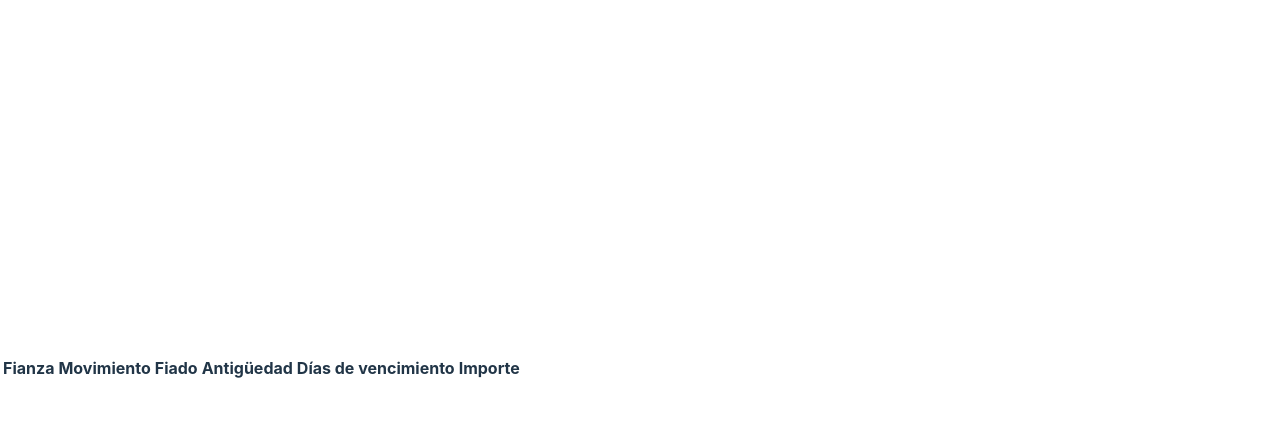
Repository: PCGP22/prueba-t-cnica-liberty-finanzas
Page: / (app in Prueba técnica full-stack/client/)
The author's editor kept a copy of each file at every save. The page is drawn from the files as they stood at one save, then again after the next save.
The browser window is 1280 px wide. The pictures show the whole page.
The page's requests for data from a server got no answer. The project was rebuilt for these pictures with package versions that can differ from the ones it lists, and the page was loaded fresh each time. No one was signed in, and anything a server would have sent is missing. Also part of the build but not shown: Prueba técnica full-stack/client/vite.config.js, Prueba técnica full-stack/client/src/containers/tableContainer.jsx.

Above is the page before, as saved 2023-11-14 05:46:18.

### Prueba técnica full-stack/client/src/App.jsx
import useFetch from "./hooks/useFetch";
import useData from "./hooks/useData";
import { dataContext } from "./context/dataContext";
import Table from "./components/Table";
import { useEffect, useReducer, useState } from "react";
import usePagination from "./hooks/usePagination";
import TableContainer from "./containers/tableContainer";
import Pagination from "./components/pagination";

function App() {
  let url = "http://localhost:5000/primas";
  const initialState = {
    data: {},
    dataToShow: {},
    currentPage: 1,
    maxPages: 1,
    contentPerPage: 8,
  };
  function reducer(state, action) {
    function divideData(data, state) {
      let dividedData = data.slice(
        (state.currentPage - 1) * state.contentPerPage,
        state.currentPage * state.contentPerPage
      );
      return dividedData;
    }
    function calculateMaxPages(data, state) {
      let maxPages = Math.ceil(data / state.contentPerPage);
      return maxPages;
    }
    const { type, payload } = action;
    console.log(payload);
    switch (type) {
      case "initialize":
        return {
          ...state,
          data: payload,
          dataToShow: divideData(payload, state),
          maxPages: calculateMaxPages(payload, state),
        };
      case "prevPage":
        if (state.currentPage > 1) {
          return { ...state, currentPage: state.currentPage - 1 };
        } else return state;
      case "nextPage":
        if (state.currentPage < state.maxPages) {
          return { ...state, currentPage: state.currentPage + 1 };
        } else return state;
      case "change back":
        return { ...state, content: "Not Changed" };
      default:
        return state;
    }
  }
  const [state, dispatch] = useReducer(reducer, initialState);
  useEffect(() => {
    fetch(url)
      .then((res) => res.json())
      .then((data) => dispatch({ type: "initialize", payload: data.primas }));
  }, [url]);

  return (
    <dataContext.Provider value={[state, dispatch]}>
      <p>{state.content}</p>
      <Table />
      {/* <Pagination /> */}
    </dataContext.Provider>
  );
}

export default App;

### Prueba técnica full-stack/client/src/hooks/useFetch.jsx
import { useState, useEffect } from "react";

const useFetch = (url) => {
  const [fetchedData, setFetchedData] = useState({});

  useEffect(() => {
    fetch(url)
      .then((res) => res.json())
      .then((data) => setFetchedData(data));
  }, [url]);

  return [fetchedData];
};

export default useFetch;

### Prueba técnica full-stack/client/src/hooks/useData.jsx
import { useState } from "react";

const useData = () => {
  const [data, setData] = useState({});

  function filterData(filterCondition) {
    setData(data.filter(filterCondition));
  }

  return [data, setData, filterData];
};

export default useData;

### Prueba técnica full-stack/client/src/context/dataContext.js
import { createContext } from "react";

export const dataContext = createContext();

### Prueba técnica full-stack/client/src/components/Table.jsx
import { calculateAntiquityInDays } from "../utils/utils";
import { useContext } from "react";
import { dataContext } from "../context/dataContext";

function Table() {
  const [state, dispatch] = useContext(dataContext);

  return (
    <table>
      <tbody>
        <tr>
          <th>Fianza</th>
          <th>Movimiento</th>
          <th>Fiado</th>
          <th>Antigüedad</th>
          <th>Días de vencimiento</th>
          <th>Importe</th>
        </tr>
        {state.dataToShow.length > 0 &&
          state.dataToShow.map((t) => {
            let antiquity = calculateAntiquityInDays(
              t.datos["fecha de emisión"]
            );
            let daysSinceStale = calculateAntiquityInDays(
              t.datos["fecha de vencimiento"]
            );
            if (daysSinceStale < 0) daysSinceStale = 0;
            return (
              <tr key={t.datos.código_de_fianza}>
                <td>{t.datos.código_de_fianza}</td>
                <td>{t.datos.tipo_de_movimiento}</td>
                <td>{t.datos.fiado}</td>
                <td>{antiquity}</td>
                <td>{daysSinceStale}</td>
                <td>${t.datos.importe.toLocaleString()}</td>
              </tr>
            );
          })}
      </tbody>
    </table>
  );
}

export default Table;

### Prueba técnica full-stack/client/src/hooks/usePagination.jsx
import { useState, useEffect } from "react";

const usePagination = () => {
  const quantityPerPage = 8;

  const [currentPage, setCurrentPage] = useState(1);
  const [initialData, setInitialData] = useState(null);
  const [currentData, setCurrentData] = useState({});
  const [maxPages, setMaxPages] = useState(1);

  function setData(data) {
    // setInitialData(data);
    // Divides the data, in groups of "quantityPerPage"
    let dividedData = data.slice(
      (currentPage - 1) * quantityPerPage,
      currentPage * quantityPerPage
    );
    setCurrentData(dividedData);
    setMaxPages(Math.ceil(data.length / quantityPerPage));
  }

  function setNextPage() {
    if (currentPage < maxPages) {
      setCurrentPage(currentPage + 1);
    }
  }
  function setPrevPage() {
    if (currentPage > 1) {
      setCurrentPage(currentPage - 1);
    }
  }

  return {
    maxPages,
    currentPage,
    setCurrentPage,
    setData,
    currentData,
    setNextPage,
    setPrevPage,
  };
};

export default usePagination;

### Prueba técnica full-stack/client/src/utils/utils.js
export function calculateAntiquityInDays(date) {
  let parsedDate = parseDate(date);
  const CONSTANT_Ms_TO_DAYS = 86400000;
  let today = new Date();
  let comparisonDate = new Date(parsedDate);
  return Math.trunc((today - comparisonDate) / CONSTANT_Ms_TO_DAYS) - 1;
}

//transforms the date DD/MM/YYYY to an acceptable MM/DD/YYYY
function parseDate(date) {
  let stringToArray = date.split("/");
  let temp = stringToArray[0];
  stringToArray[0] = stringToArray[1];
  stringToArray[1] = temp;
  return stringToArray.join("/");
}

### Prueba técnica full-stack/client/src/components/pagination.jsx
import { useContext } from "react";
import { dataContext } from "../context/dataContext";

function Pagination() {
  const [state, dispatch] = useContext(dataContext);

  //   return <button onClick={() => dispatch({ type: "change" })}>Cambiar</button>;
  //   const { state.maxPages, state.currentPage, setstate.CurrentPage, setNextPage, setPrevPage } =
  // useContext(dataContext);
  //This pagination is somewhat complex because I've used it before in bigger proyects.
  //First, it initializes the pagination buttons to the first 6 numbers except for the number 1
  //The reason it doesn't includes the first page is because the first and last page buttons are always shown
  let pagesButtons = [2, 3, 4, 5, 6];
  //while the current page stays on the first three pages, show all first 6
  //The reason for the if, it's that I want the first 6 buttons to be shown when returning from the latest pages
  if (
    state.currentPage === 1 ||
    state.currentPage === 2 ||
    state.currentPage === 3
  ) {
    pagesButtons = [2, 3, 4, 5, 6];
  }
  //As soon as we change to page 4 or more, let's follow the current page and
  //add two buttons to the left and two to the right
  if (state.currentPage >= 4) {
    pagesButtons = [
      state.currentPage - 2,
      state.currentPage - 1,
      state.currentPage,
      state.currentPage + 1,
      state.currentPage + 2,
    ];
  }
  //When approaching to the right end of the pagination, show the last 5 pages
  if (
    state.currentPage === state.maxPages - 1 ||
    state.currentPage === state.maxPages - 2 ||
    state.currentPage === state.maxPages
  ) {
    //The reason it doesn't includes the last page is because the first and last page buttons are always shown
    pagesButtons = [
      state.maxPages - 5,
      state.maxPages - 4,
      state.maxPages - 3,
      state.maxPages - 2,
      state.maxPages - 1,
    ];
  }
  return (
    <section className="pagination">
      <button
        //About the class: When in first or last page the navigation chevrons will have a special class
        //The same happens when the button is the current page
        className={`${state.currentPage === 1 && "disabled"}`}
        onClick={() => dispatch({ type: "prevPage" })}>
        ❮
      </button>
      {/* First button, always shown */}
      <button
        className={`${state.currentPage === 1 && "disabled"}`}
        onClick={() => dispatch({ type: "setPage", payload: 1 })}>
        1
      </button>
      {/* Adds three dots in case the current page is bigger than 4*/}
      {state.currentPage > 4 && <p>•••</p>}
      {/* Map through all pages defined in the first part*/}
      {pagesButtons.map((p) => {
        if (p > 1 && p < state.maxPages)
          return (
            <button
              className={`${state.currentPage === p && "disabled"}`}
              key={p}
              onClick={() => dispatch({ type: "setPage", payload: p })}>
              {p}
            </button>
          );
      })}
      {/* Adds three dots in case the current page is getting closer to the right end*/}
      {state.currentPage < state.maxPages - 3 && <p>•••</p>}
      {/* If there's more than 1 page, show always the last page*/}
      {state.maxPages > 1 && (
        <button
          className={`${state.currentPage === state.maxPages && "disabled"}`}
          onClick={() =>
            dispatch({ type: "setPage", payload: state.maxPages })
          }>
          {state.maxPages}
        </button>
      )}
      <button
        className={`${state.currentPage === state.maxPages && "disabled"}`}
        onClick={() => dispatch({ type: "nextPage" })}>
        ❯
      </button>
    </section>
  );
}

export default Pagination;

Loaded but not shown: Prueba técnica full-stack/client/index.html (common file); Prueba técnica full-stack/client/src/main.jsx (common file); Prueba técnica full-stack/client/src/index.css (common file)

After the next save:
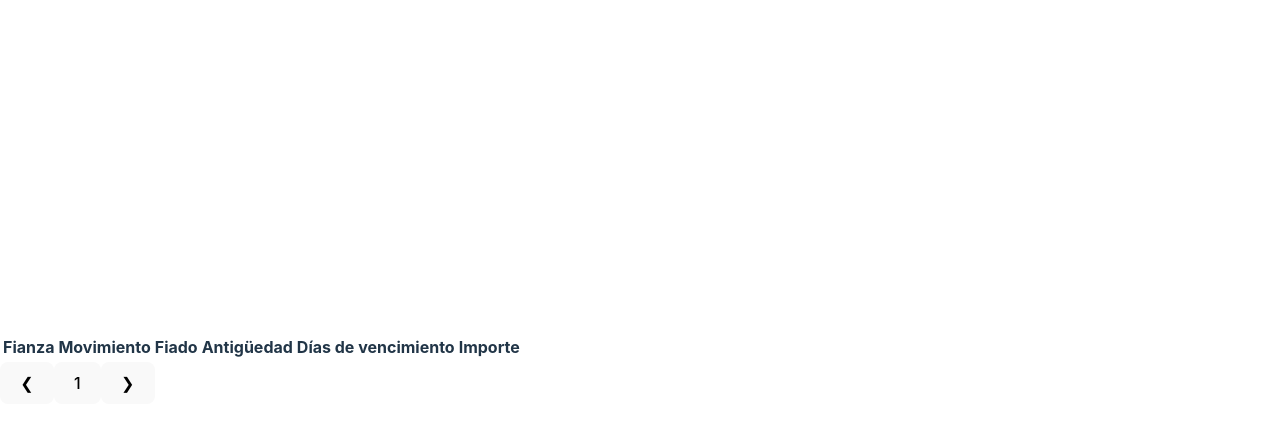
Saved 7 s later.
--- a/Prueba técnica full-stack/client/src/App.jsx
+++ b/Prueba técnica full-stack/client/src/App.jsx
@@ -46,6 +46,8 @@ function App() {
         if (state.currentPage < state.maxPages) {
           return { ...state, currentPage: state.currentPage + 1 };
         } else return state;
+      case "setPage":
+        return { ...state, currentPage: payload };
       case "change back":
         return { ...state, content: "Not Changed" };
       default:
@@ -63,7 +65,7 @@ function App() {
     <dataContext.Provider value={[state, dispatch]}>
       <p>{state.content}</p>
       <Table />
-      {/* <Pagination /> */}
+      <Pagination />
     </dataContext.Provider>
   );
 }
